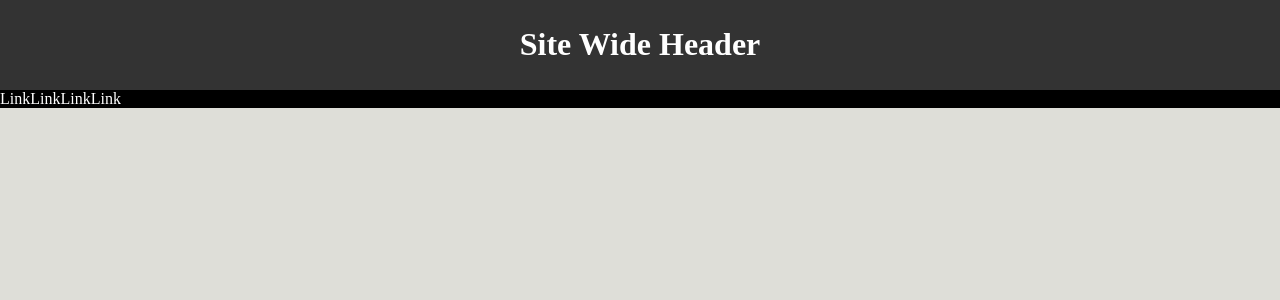
Repository: ayeza-baseer/AssignmentFlexbox
Page: assignment.html
An editor plug-in stored every save of this project. The page is shown before and after the next save, followed by the edit.
The browser window is 1280 px wide. The pictures show the whole page.

Above is the page before, as saved 2023-03-17 13:43:27.

After the next save:
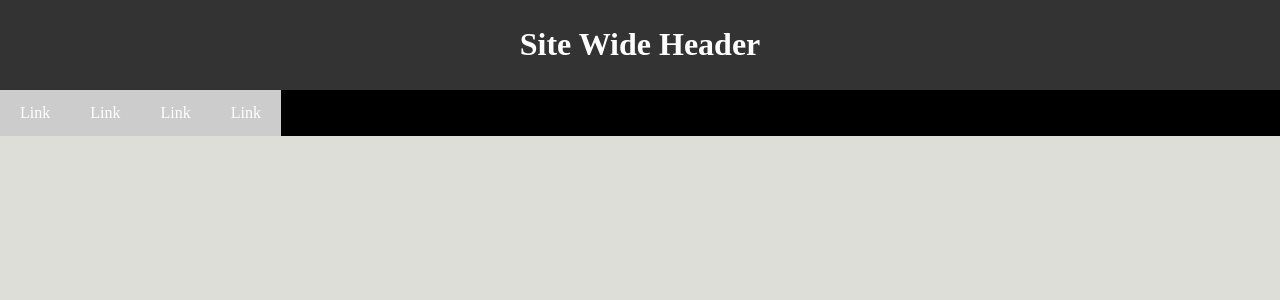
Saved 9 s later.
--- a/assignment.css
+++ b/assignment.css
@@ -20,7 +20,7 @@ body{
 
   .navbar a {
     color: white;
-    background-color: #ccc
+    background-color: #ccc;
     padding: 14px 20px;
     text-decoration: none;
     text-align: center;
